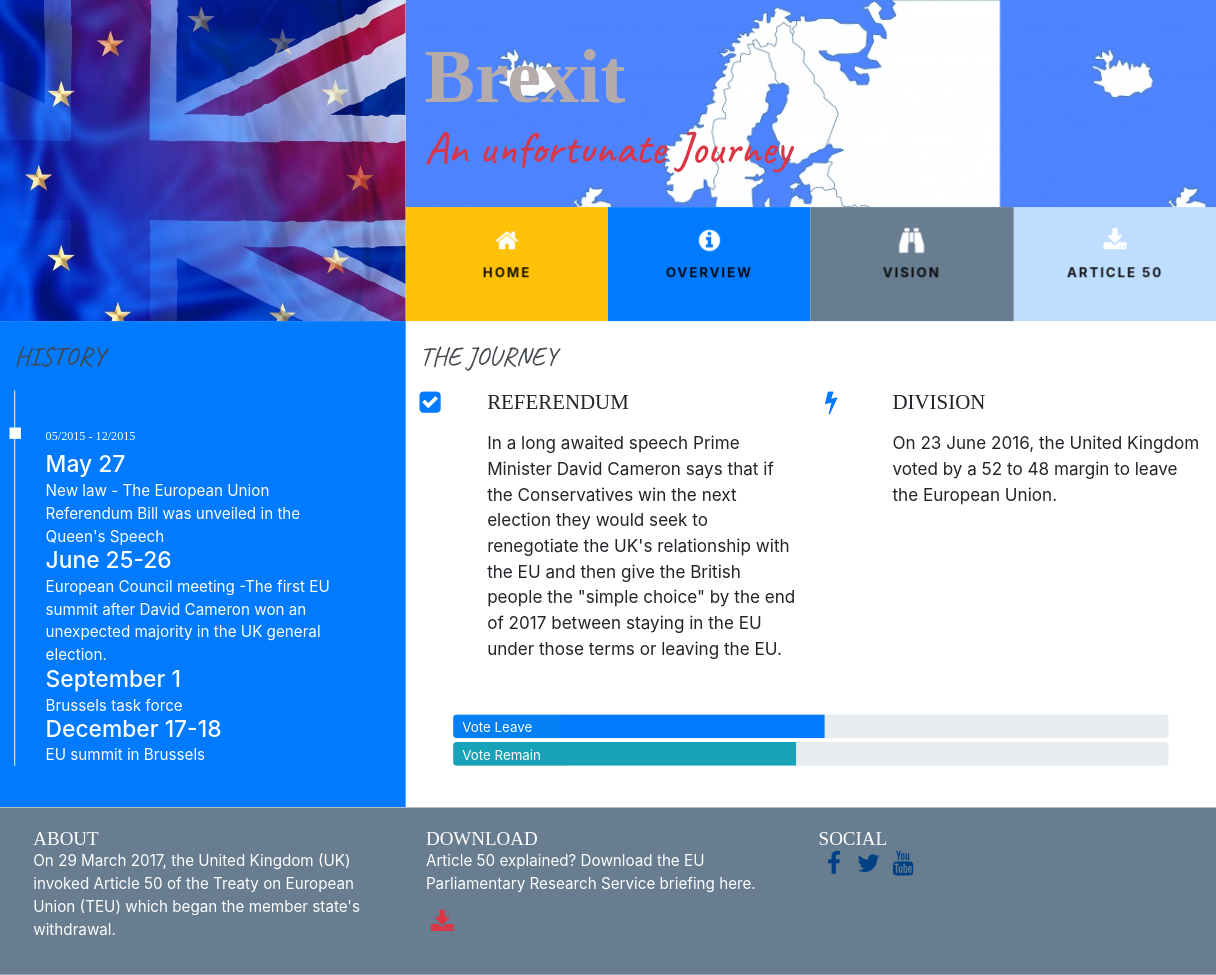
Repository: isiko1/Milestone_Project_One
Page: overview.html
The author's editor kept a record of every edit. The page is drawn from the files as they stood at one moment, then again after the next edit.
The browser window is 1280 px wide. The pictures show the whole page, at 95% of full size.
Some web fonts or font styles are not loaded; a fallback is used.

Above is the page before.

After the next edit:
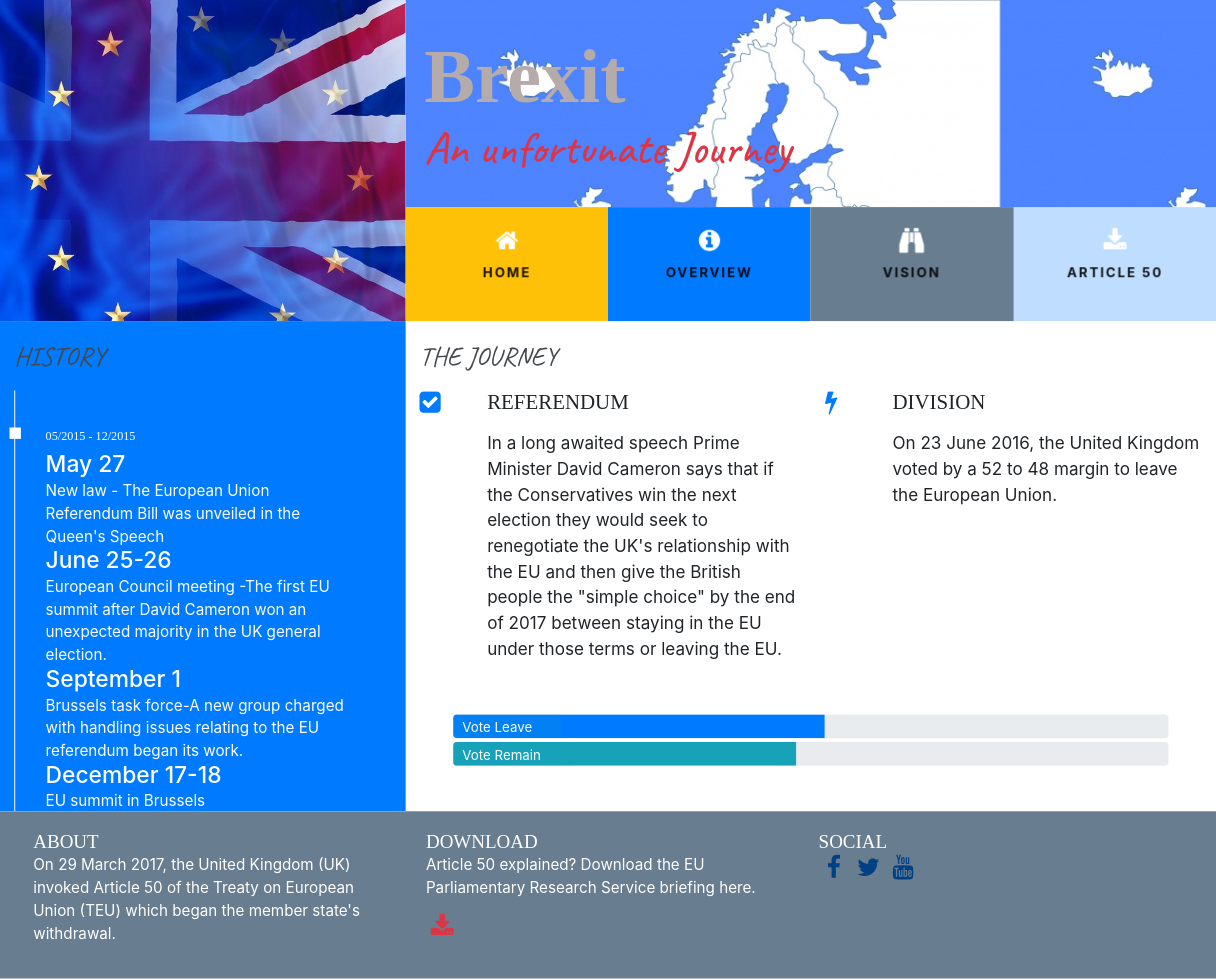
The edit:
--- a/overview.html
+++ b/overview.html
@@ -60,7 +60,7 @@
                     <h4>June 25-26</h4>
                     <p>European Council meeting -The first EU summit after David Cameron won an unexpected majority in the UK general election.</p>
                     <h4>September 1</h4>
-                    <P>Brussels task force</P>
+                    <P>Brussels task force-A new group charged with handling issues relating to the EU referendum began its work.</P>
                     <h4>December 17-18</h4>
                     <P>EU summit in Brussels</P>
                 </div>
